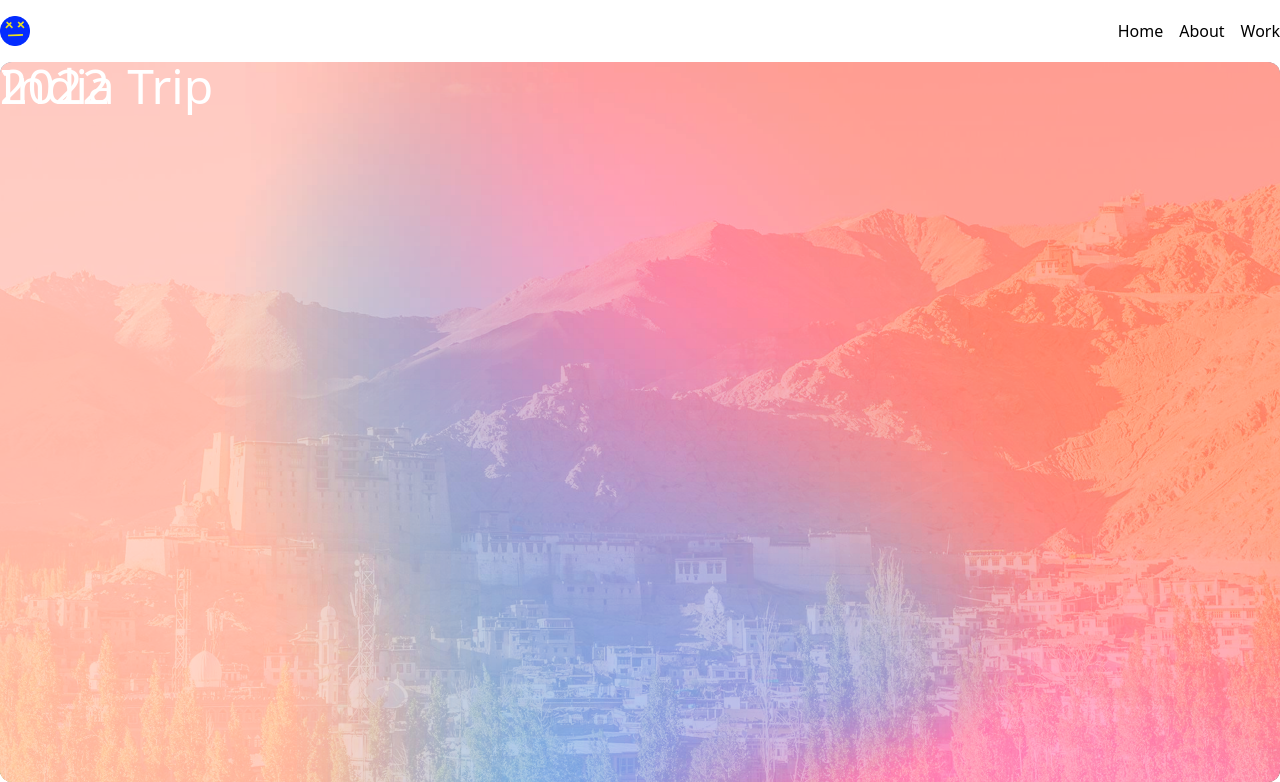
Repository: aaroncemery/aaroncemery-next
Page: /
The author's editor kept a copy of each file at every save. The page is drawn from the files as they stood at one save, then again after the next save.
The browser window is 1280 px wide. The pictures show the whole page.
The project was rebuilt for these pictures with package versions that can differ from the ones it lists, and the page was loaded fresh each time. The framework's server and built-in components were replaced by stand-ins that run in the browser. Also part of the build but not shown: next.config.js.

Above is the page before, as saved 2022-06-13 19:51:03.

After the next save:
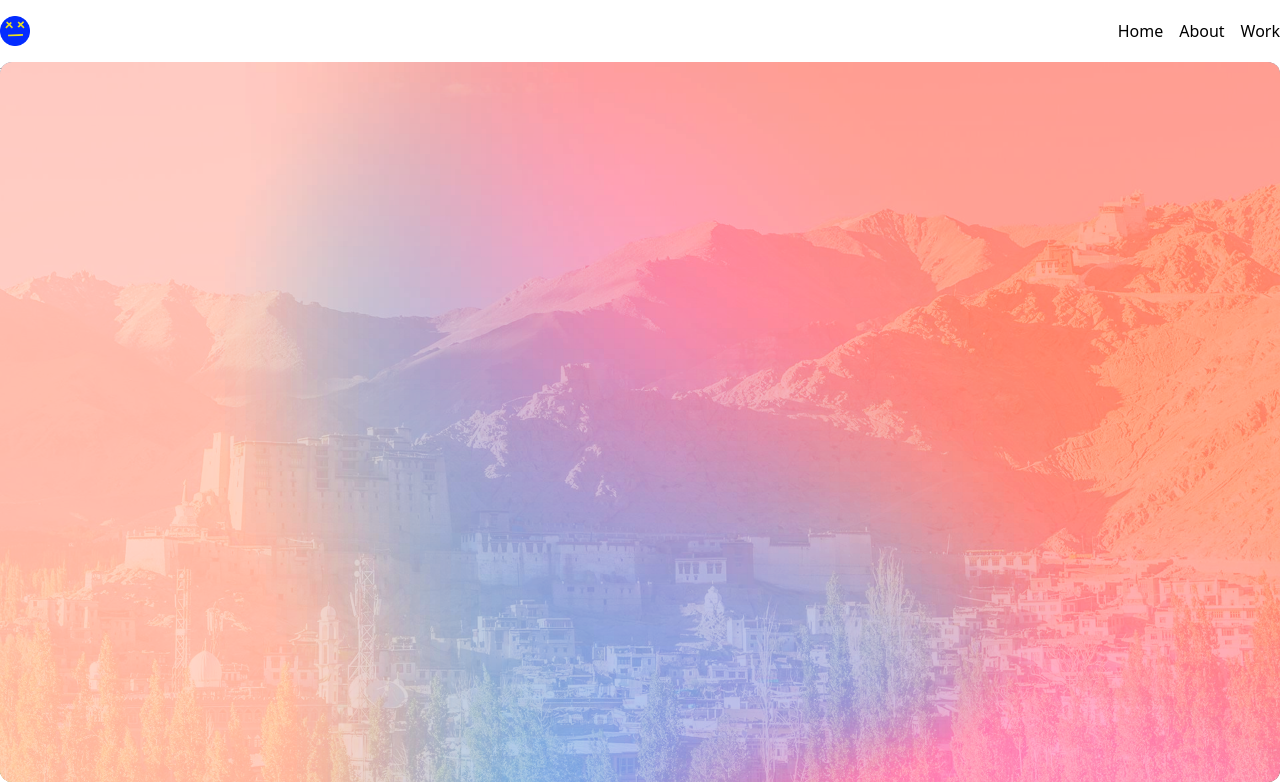
Saved 51 s later.
--- a/pages/index.tsx
+++ b/pages/index.tsx
@@ -34,12 +34,9 @@ const Home: NextPage = () => {
         />
         <div className="absolute bg-mesh-gradient bg-cover w-full h-full top-0 left-0 mix-blend-screen aspect-video rounded-xl"></div>
         <div className="absolute bg-mesh-gradient bg-cover w-full h-full top-0 left-0 mix-blend-multiply aspect-video rounded-xl"></div>
-        <h1 className="z-10 absolute text-5xl text-white mix-blend-overlay">
-          India Trip
-        </h1>
-        <h1 className="z-10 absolute text-5xl text-white mix-blend-overlay">
-          2022
-        </h1>
+        <div className="z-10 absolute text-5xl text-white mix-blend-overlay"></div>
+        <h1 className="">India Trip</h1>
+        <h1 className="">2022</h1>
       </div>
     </Fragment>
   )
